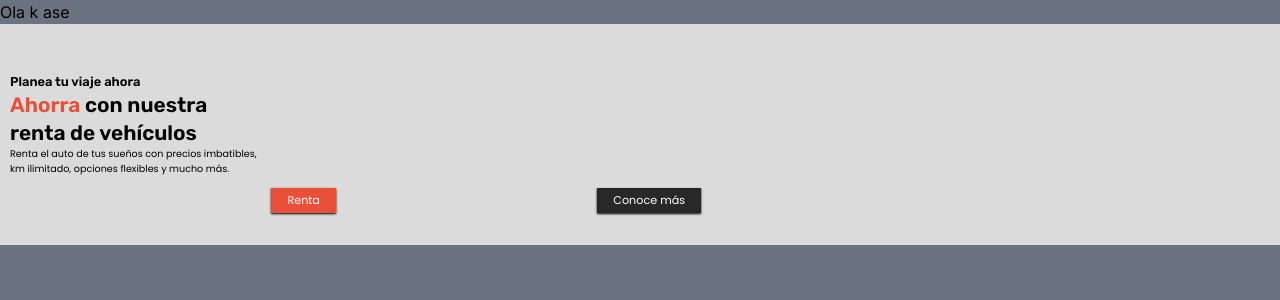
Repository: aldovelacasas/PF_RentCar2
Page: /homePage
The author's editor kept a copy of each file at every save. The page is drawn from the files as they stood at one save, then again after the next save.
The browser window is 1280 px wide. The pictures show the whole page.
The project was rebuilt for these pictures with package versions that can differ from the ones it lists, and the page was loaded fresh each time. The framework's server and built-in components were replaced by stand-ins that run in the browser. Also part of the build but not shown: next.config.js.

Above is the page before, as saved 2023-08-29 19:26:05.

After the next save:
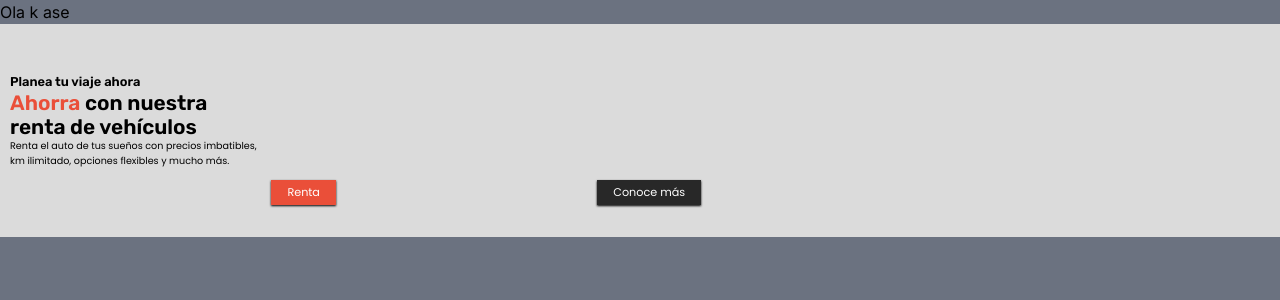
Saved 19 s later.
--- a/src/app/homePage/page.jsx
+++ b/src/app/homePage/page.jsx
@@ -16,11 +16,11 @@ function HomePage() {
   return (
     <div className={`bg-gris_fondo ${rubik} space-y-0 space-x-2.5`}>
       <p className={`pt-12 ml-2.5 text-[0.8em]`}>Planea tu viaje ahora</p>
-      <p className="text-[1.3em]  leading-7">
+      <p className="text-[1.3em]  leading-6">
         <span className="text-naranja_enf">Ahorra </span>
         con nuestra
       </p>
-      <p className="text-[1.3em] leading-7">renta de vehículos</p>
+      <p className="text-[1.3em] leading-6">renta de vehículos</p>
       <div>
         <p className={`${poppins} text-[0.6em]`}>
           Renta el auto de tus sueños con precios imbatibles,
